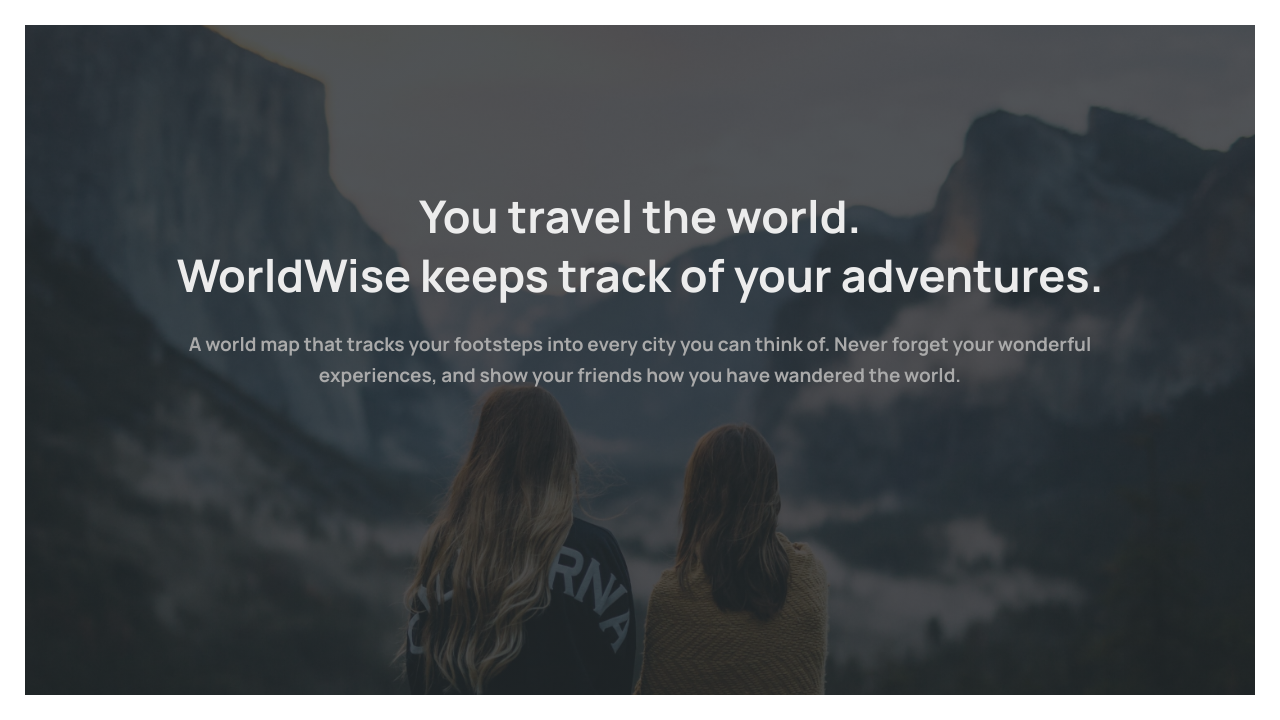
Repository: ayakhaled0001/worldwise
Page: /
The author's editor kept a copy of each file at every save. The page is drawn from the files as they stood at one save, then again after the next save.
The browser window is 1280 px wide. The pictures show the whole page.
Some web libraries are served in a nearby version. The project was rebuilt for these pictures with package versions that can differ from the ones it lists, and the page was loaded fresh each time. Also part of the build but not shown: vite.config.js, src/components/PageNav.module.css, src/components/PageNav.jsx, src/pages/Product.jsx, src/pages/Pricing.jsx, src/pages/PageNotFound.jsx, src/components/AppNav.module.css, src/components/AppNav.jsx and 1 more.

Above is the page before, as saved 2025-02-02 01:13:22.

### src/App.jsx
import { BrowserRouter, Route, Routes } from "react-router-dom";
import Product from "./pages/Product";
import Homepage from "./pages/Homepage";
import Pricing from "./pages/Pricing";
import PageNotFound from "./pages/PageNotFound";
import AppLayout from "./pages/AppLayout";
function App() {
  return (
    <BrowserRouter>
      <Routes>
        <Route path="/" element={<Homepage />} />
        <Route path="pricing" element={<Pricing />} />
        <Route path="product" element={<Product />} />
        <Route path="app" element={<AppLayout />} />
        <Route path="*" element={<PageNotFound />} />
      </Routes>
    </BrowserRouter>
  );
}

export default App;

### src/pages/Homepage.jsx
import styles from "./Homepage.module.css";
import { Link } from "react-router-dom";
export default function Homepage() {
  return (
    <main className={styles.homepage}>
      <section>
        <h1>
          You travel the world.
          <br />
          WorldWise keeps track of your adventures.
        </h1>
        <h2>
          A world map that tracks your footsteps into every city you can think
          of. Never forget your wonderful experiences, and show your friends how
          you have wandered the world.
        </h2>
        <Link to=""></Link>
      </section>
    </main>
  );
}

Loaded but not shown: index.html (common file); src/main.jsx (common file); src/index.css (common file); src/pages/Homepage.module.css (common file)

After the next save:
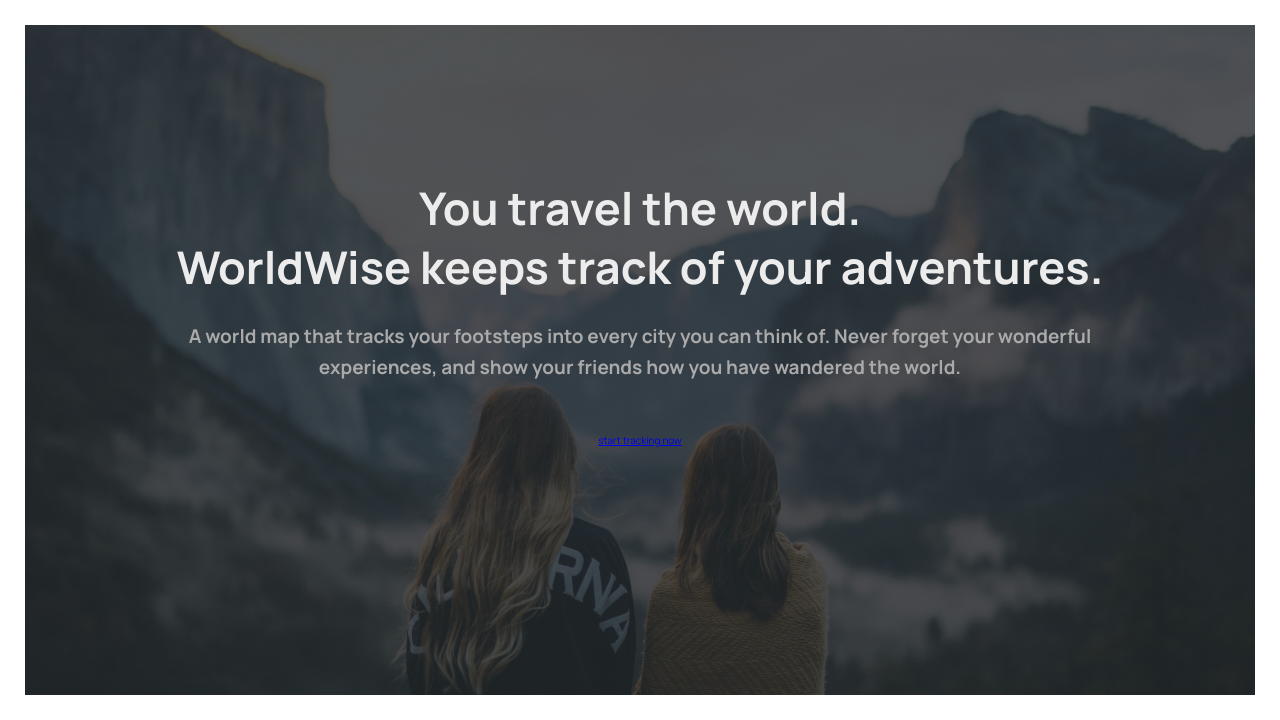
Saved 20 s later.
--- a/src/pages/Homepage.jsx
+++ b/src/pages/Homepage.jsx
@@ -14,7 +14,7 @@ export default function Homepage() {
           of. Never forget your wonderful experiences, and show your friends how
           you have wandered the world.
         </h2>
-        <Link to=""></Link>
+        <Link to="/app">start tracking now</Link>
       </section>
     </main>
   );
